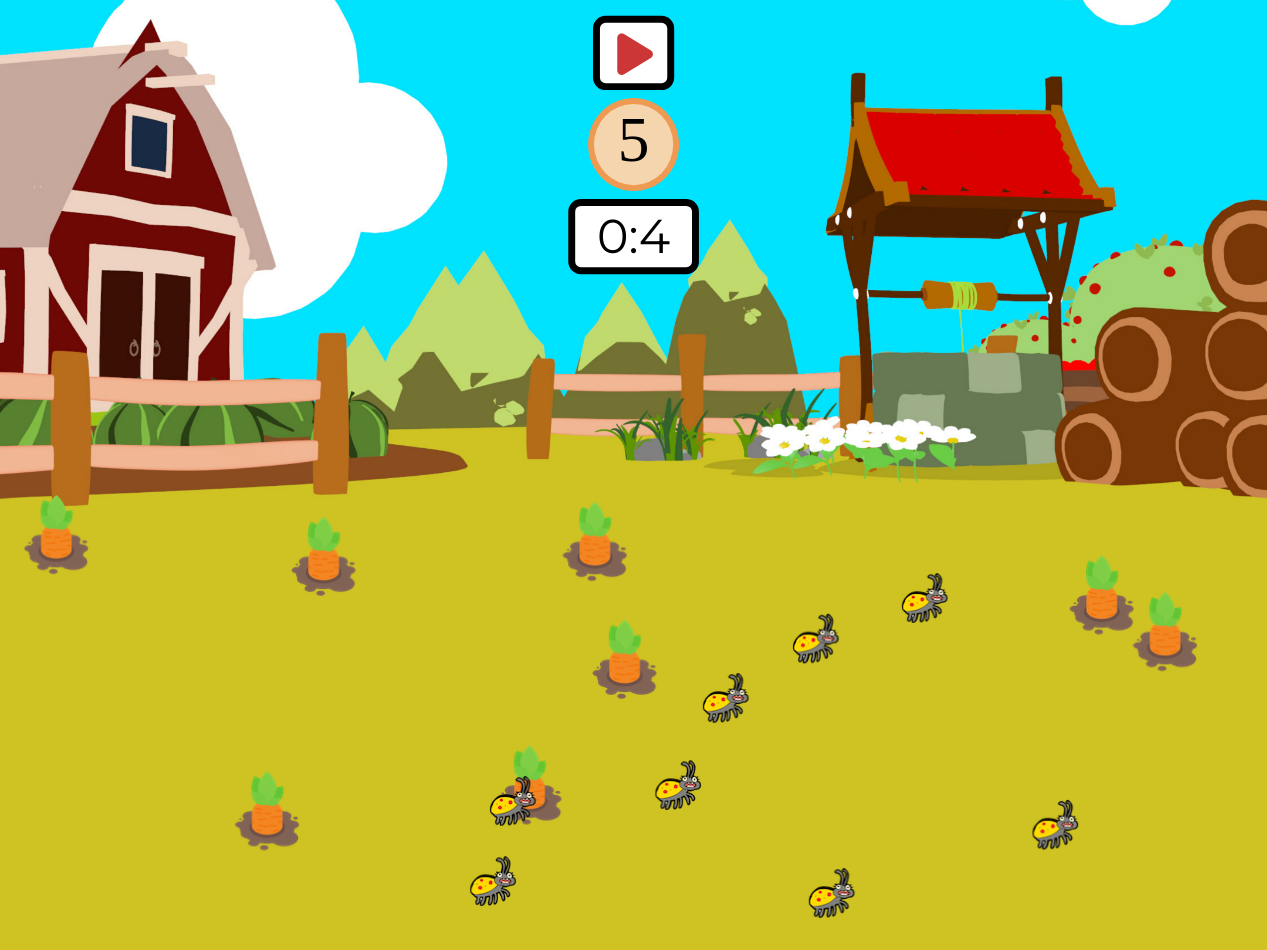
Repository: sephinejo/Mini-carrot-game
Page: index.html
The author's editor kept a copy of each file at every save. The page is drawn from the files as they stood at one save, then again after the next save.
The browser window is 1280 px wide. The pictures show the whole page, at 99% of full size.
Some web fonts or font styles are not loaded; a fallback is used. Some web libraries are served in a nearby version.

Above is the page before, as saved 2023-05-15 11:59:18.

### index.html
<!DOCTYPE html>
<html lang="en">
  <head>
    <meta charset="UTF-8" />
    <meta http-equiv="X-UA-Compatible" content="IE=edge" />
    <meta name="viewport" content="width=device-width, initial-scale=1.0" />
    <title>Mini Carrot Game👩‍🌾🥕</title>
    <link rel="stylesheet" href="style.css" />
    <link rel="preconnect" href="https://fonts.googleapis.com" />
    <link rel="preconnect" href="https://fonts.gstatic.com" crossorigin />
    <link
      href="https://fonts.googleapis.com/css2?family=Alice&family=Lato:wght@400;700&family=Montserrat:wght@400;500;600;700&family=Raleway:wght@400;600;700;800&family=Ubuntu&display=swap"
      rel="stylesheet"
    />
    <script
      src="https://kit.fontawesome.com/9ac80604cb.js"
      crossorigin="anonymous"
    ></script>
    <script src="main.js" defer></script>
  </head>
  <body>
    <section class="container">
      <header class="info">
        <button class="info__play">
          <i class="fa-solid fa-play"></i>
        </button>
        <span class="info__counter">5</span>
        <span class="info__timer">0:4</span>
      </header>
      <div class="field"></div>
    </section>
    <section class="pop-up pop-up__hide">
      <button class="pop-up__replay">
        <i class="fa-sharp fa-solid fa-rotate-right"></i>
      </button>
      <p class="pop-up__message">YOU WON 🎉</p>
    </section>
  </body>
</html>

### style.css
* {
  box-sizing: border-box;
}

body {
  margin: auto;
  text-align: center;
}

.container {
  margin: auto;
  background: url('img/background.png') center/cover;
  height: 60rem;
  display: flex;
  flex-direction: column;
}

.info {
  display: flex;
  flex-direction: column;
  align-items: center;
  height: 30rem;
  padding: 1rem 0;
}

button {
  border: none;
  outline: none;
  cursor: pointer;
}

.info__play {
  font-size: 3rem;
  color: #cc3636;
  border: 0.45rem solid black;
  border-radius: 0.8rem;
  background-color: white;
  padding: 0.4rem 0.9rem 0rem 1.1rem;
  margin-bottom: 0.5rem;
}

.info__play:hover {
  transform: scale(1.1);
  transition: transform 200ms ease-in;
}

.info__counter {
  font-family: Alice;
  font-size: 4rem;
  border: 0.4rem solid #ef9a53;
  border-radius: 50%;
  background-color: #f5d5ae;
  padding: 0 1.5rem 0.5rem;
  margin-bottom: 0.5rem;
}

.info__timer {
  font-family: Montserrat;
  font-size: 3rem;
  border: 0.45rem solid black;
  border-radius: 0.8rem;
  background-color: white;
  padding: 0.1rem 1.4rem;
}

.field {
  width: 100%;
  height: 100%;
  margin-top: 14rem;
}

.pop-up {
  width: 30rem;
  height: 14rem;
  background: rgba(0, 0, 0, 0.7);
  border-radius: 1.5rem;
  text-align: center;
  padding: 1.8rem;
  margin: auto;
  transform: translateY(-240%);
}

.pop-up__hide {
  display: none;
}

.pop-up__replay {
  width: 5rem;
  height: 5rem;
  font-size: 3rem;
  border: 0.4rem solid black;
  border-radius: 50%;
  cursor: pointer;
  background-color: #f5d5ae;
  padding-top: 0.3rem;
}

.pop-up__message {
  font-family: Alice;
  font-size: 2.8rem;
  text-align: center;
  color: white;
  margin-top: 2rem;
}

### main.js
'use strict';

const CARROT_SIZE = 80;
const CARROT_COUNT = 8;
const BUG_COUNT = 8;

const field = document.querySelector('.field');
const fieldRect = field.getBoundingClientRect();
const playBtn = document.querySelector('.info__play');
const counter = document.querySelector('.info__counter');
const timer = document.querySelector('.info__timer');

let started = false;
let score = 0;
let timerRemembered = undefined;

playBtn.addEventListener('click', () => {
  if (started) {
    stopGame();
  } else {
    startGame();
  }
});

function startGame() {}

function stopGame() {}

function initGame() {
  addItem('carrot', CARROT_COUNT, 'img/carrot.png');
  addItem('bug', BUG_COUNT, 'img/bug.png');
}

function addItem(className, count, imgPath) {
  const x1 = 0;
  const y1 = 480;
  const x2 = fieldRect.width - CARROT_SIZE;
  const y2 = fieldRect.bottom - CARROT_SIZE;
  for (let i = 0; i < count; i++) {
    const item = document.createElement('img');
    item.setAttribute('class', className);
    item.setAttribute('src', imgPath);
    item.style.position = 'absolute';
    const x = randomNumber(x1, x2);
    const y = randomNumber(y1, y2);
    item.style.left = `${x}px`;
    item.style.top = `${y}px`;
    field.appendChild(item);
  }
}

function randomNumber(min, max) {
  return Math.random() * (max - min) + min;
}

initGame();

After the next save:
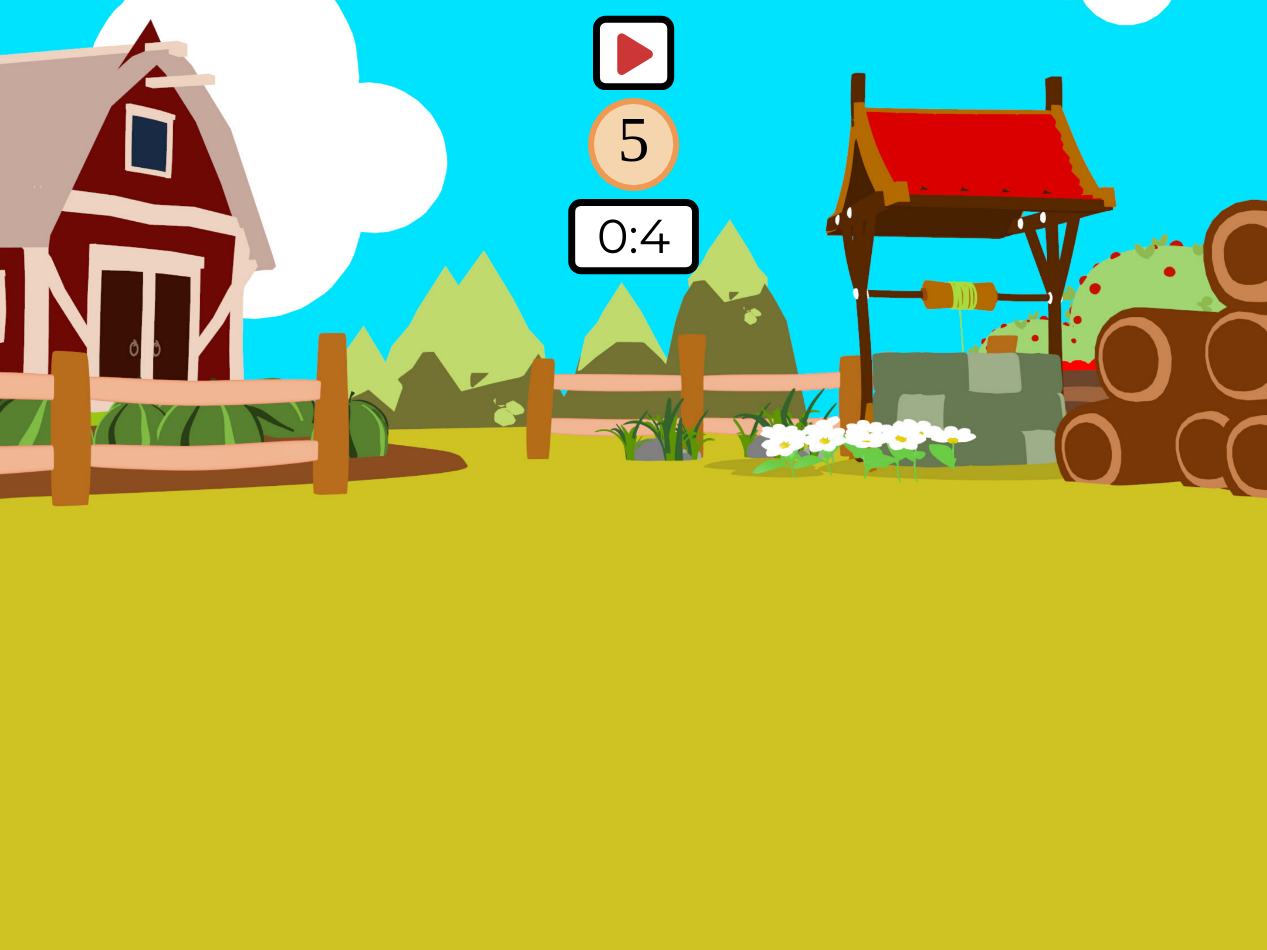
Saved 18 s later.
--- a/main.js
+++ b/main.js
@@ -22,7 +22,9 @@ playBtn.addEventListener('click', () => {
   }
 });
 
-function startGame() {}
+function startGame() {
+  initGame();
+}
 
 function stopGame() {}
 
@@ -52,5 +54,3 @@ function addItem(className, count, imgPath) {
 function randomNumber(min, max) {
   return Math.random() * (max - min) + min;
 }
-
-initGame();
